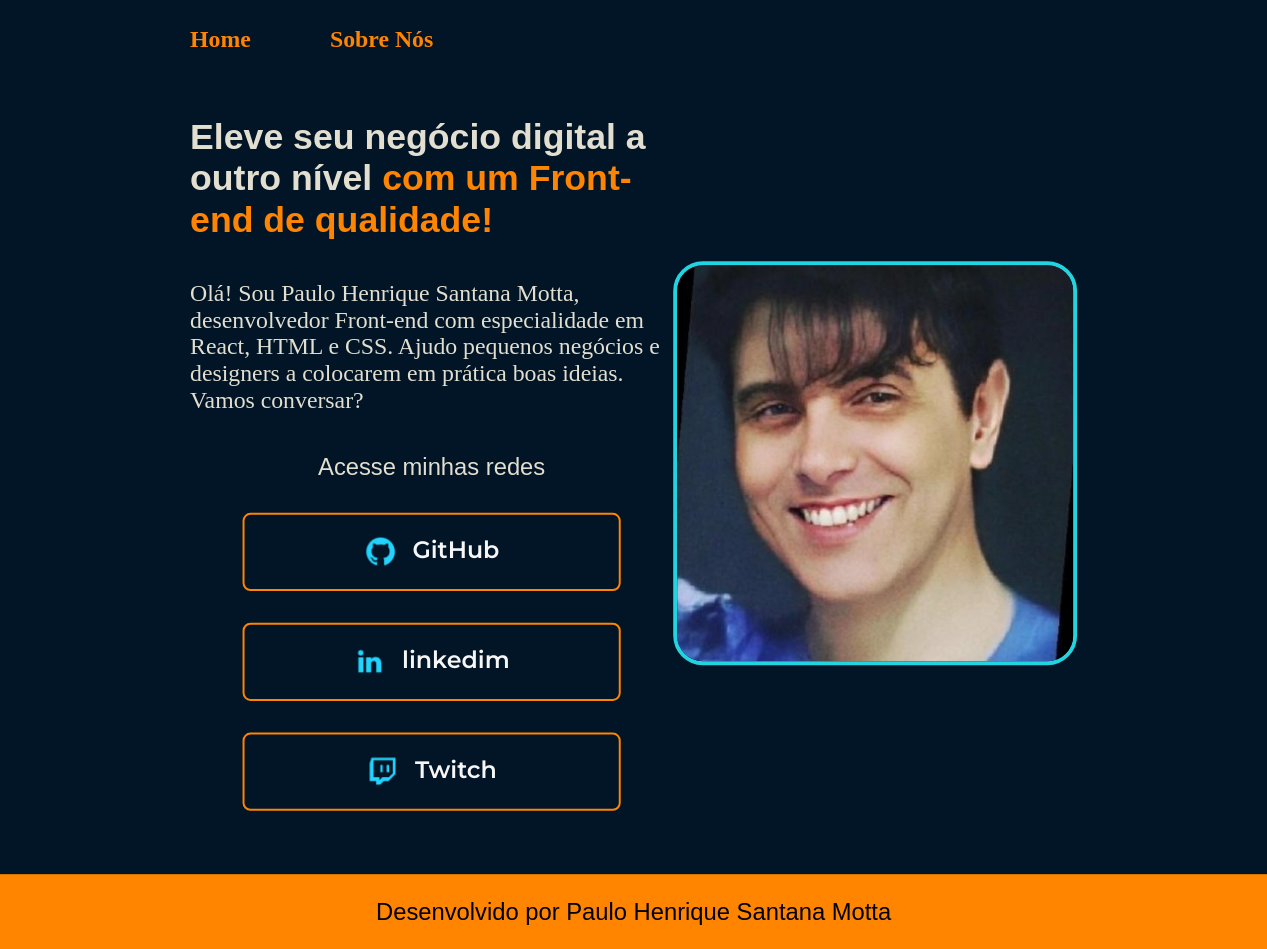
Repository: phsmottanerd/projeto-portfolio-alura
Page: index.html
The author's editor kept a copy of each file at every save. The page is drawn from the files as they stood at one save, then again after the next save.
The browser window is 1280 px wide. The pictures show the whole page, at 99% of full size.
Some web fonts or font styles are not loaded; a fallback is used.

Above is the page before, as saved 2025-01-29 19:52:45.

After the next save:
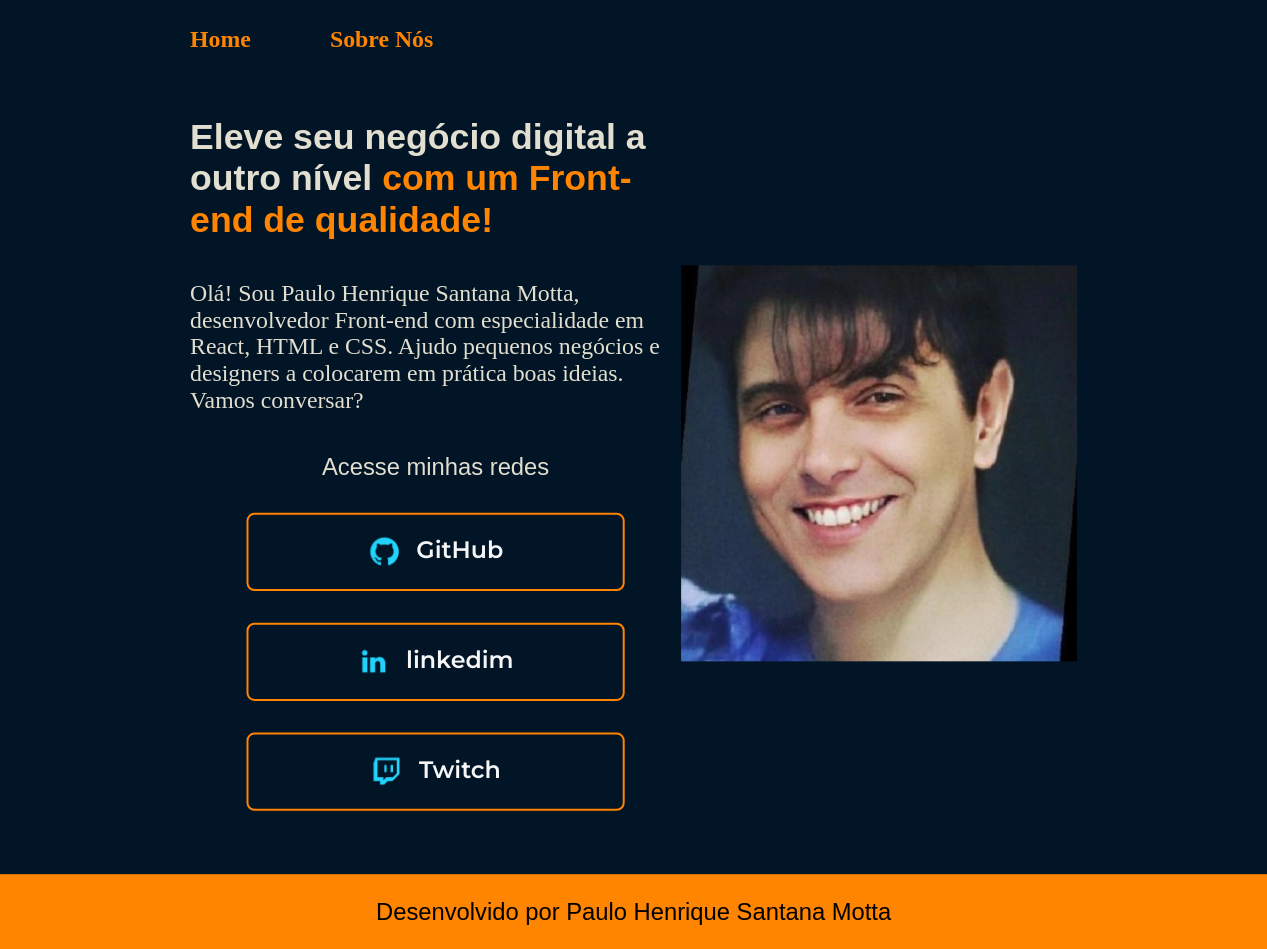
Saved 5 h 14 min later.
--- a/index.html
+++ b/index.html
@@ -50,7 +50,7 @@
           </a>
         </div>
       </section>
-      <img class="img-foto" src="./img/1722867171561.jpg" alt="Paulo Henrique Santana Motta  programandor" />
+      <img class="apresentacao__imagem" src="./img/1722867171561.jpg" alt="Paulo Henrique Santana Motta  programandor" />
     </main>
     <footer class="rodape">
       <p>Desenvolvido por Paulo Henrique Santana Motta</p>
